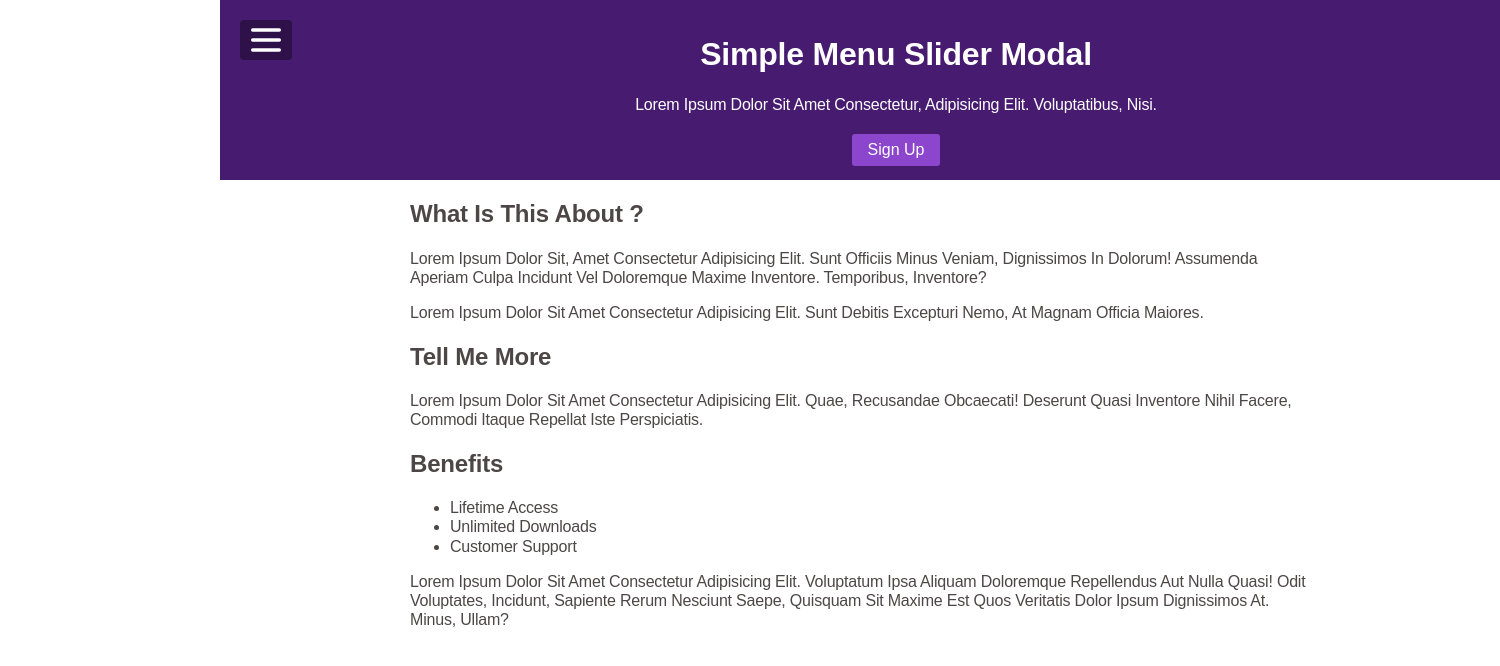
Repository: lilo750/Menu-Slider-modal
Page: index.html
An editor plug-in stored every save of this project. The page is shown before and after the next save, followed by the edit.
The browser window is 1280 px wide. The page is 1500 px wide, then 1280 px, then 1500 px, so the pictures cover 1500 px, including what lies to the right of the window. The pictures show the whole page.
After loading, the first visible `#burger-btn` was clicked once.

Above is the page before, as saved 2024-01-17 11:41:21.

### index.html
<!DOCTYPE html>
<html lang="en">
    <head>
        <meta charset="UTF-8" />
        <meta name="viewport" content="width=device-width, initial-scale=1.0" />
        <title>menu-slider-modal</title>
        <script defer src="assets/logic.js"></script>
        <link rel="stylesheet" href="assets/style.css" />
    </head>
    <body>
        <div class="left-menu">
            <aside>
                <div id="profile-img">
                    <img
                        src="assets/visuals/profile-img.jpg"
                        alt="profile image"
                    />
                </div>
                <ul>
                    <li><a href="#">home</a></li>
                    <li><a href="#">portfolio</a></li>
                    <li><a href="#">blog</a></li>
                    <li><a href="#">contact me</a></li>
                </ul>
            </aside>

            <button id="burger-btn">
                <img
                    src="assets/visuals/burger-menu-svgrepo-com.svg"
                    alt="burger icon"
                />
            </button>
        </div>
        <div class="container">
            <header>
                <div class="heading">
                    <h1>Simple Menu slider Modal</h1>
                    <p>
                        Lorem ipsum dolor sit amet consectetur, adipisicing
                        elit. Voluptatibus, nisi.
                    </p>
                    <button id="signUp-btn">Sign Up</button>
                </div>
            </header>

            <main>
                <h2>what is this about ?</h2>
                <p>
                    Lorem ipsum dolor sit, amet consectetur adipisicing elit.
                    Sunt officiis minus veniam, dignissimos in dolorum!
                    Assumenda aperiam culpa incidunt vel doloremque maxime
                    inventore. Temporibus, inventore?
                </p>
                <p>
                    Lorem ipsum dolor sit amet consectetur adipisicing elit.
                    Sunt debitis excepturi nemo, at magnam officia maiores.
                </p>
                <h2>tell me more</h2>
                <p>
                    Lorem ipsum dolor sit amet consectetur adipisicing elit.
                    Quae, recusandae obcaecati! Deserunt quasi inventore nihil
                    facere, commodi itaque repellat iste perspiciatis.
                </p>
                <h2>benefits</h2>
                <ul>
                    <li>lifetime access</li>
                    <li>unlimited downloads</li>
                    <li>customer support</li>
                </ul>
                <p>
                    Lorem ipsum dolor sit amet consectetur adipisicing elit.
                    Voluptatum ipsa aliquam doloremque repellendus aut nulla
                    quasi! Odit voluptates, incidunt, sapiente rerum nesciunt
                    saepe, quisquam sit maxime est quos veritatis dolor ipsum
                    dignissimos at. Minus, ullam?
                </p>
            </main>
        </div>
        <!-- ./container -->

        <div class="modal">
            <header>
                <span>Sign Up</span>
                <button id="close-btn">
                    <img
                        src="assets/visuals/close-icon.svg"
                        alt="burger icon"
                    />
                </button>
            </header>
            <form>
                <p>Register with us to get offers. support and more</p>
                <div class="form-control">
                    <label for="name">Name</label>
                    <input id="name" type="text" required />
                </div>
                <div class="form-control">
                    <label for="mail">Email</label>
                    <input id="mail" type="email" required />
                </div>
                <div class="form-control">
                    <label for="pass">Password</label>
                    <input id="pass" type="password" required />
                </div>
                <div class="form-control">
                    <label for="cpass">Confirm Password</label>
                    <input id="cpass" type="password" required />
                </div>

                <button id="submit-btn" type="submit">submit</button>
            </form>
        </div>
    </body>
</html>

### assets/logic.js
const signUpBtn = document.getElementById('signUp-btn');
const closeBtn = document.getElementById('close-btn');
const modal = document.querySelector('.modal');
const container = document.querySelector('.container');
const burgerBtn = document.getElementById('burger-btn');
const menu = document.querySelector('aside');

const openModalHandler = (event) => {
    event.stopPropagation(); // Stop the event from propagating to the container
    modal.style.pointerEvents = 'auto';
    modal.style.visibility = 'visible';
    modal.style.opacity = '1';
};

const closeModalHandler = () => {
    modal.style.pointerEvents = 'none';
    modal.style.visibility = 'hidden';
    modal.style.opacity = '0';
};

const modalOverlayHandler = () => {
    if (modal.style.visibility === 'visible') {
        closeModalHandler();
    }
};

const menuHandler = () => {
    document.body.classList.toggle('nav-active');

    // if (menu.style.display === 'block') {
    //     menu.style.display = 'none';
    // } else {
    //     menu.style.display = 'block';
    // }
};

container.addEventListener('click', modalOverlayHandler);
signUpBtn.addEventListener('click', openModalHandler);
closeBtn.addEventListener('click', closeModalHandler);
burgerBtn.addEventListener('click', menuHandler);

### assets/style.css
html {
    font-family: sans-serif;
    letter-spacing: -0.2px;
    color: #4d4646;
}

body {
    height: 100vh;
    margin: 0;
    padding: 0;
    text-transform: capitalize;
    line-height: 1.2;
    transition: transform 0.3 ease;
}

body.nav-active {
    transform: translate(220px);
}

.left-menu {
    position: absolute;
    display: flex;
    & aside {
        height: 100vh;
        display: none;
        background-color: rgb(71, 27, 111);
        width: 220px;
        border-right: 1px solid #888686;
        /* transform: translate(-200px); */
        transition: width 1s ease;

        #profile-img {
            display: flex;
            align-items: center;
            justify-content: center;
            padding-block: 30px;
            border-bottom: 1px solid #888686;

            & img {
                width: 75px;
                height: 75px;
                border-radius: 50%;
            }
        }

        & ul {
            list-style: none;
            display: flex;
            flex-direction: column;
            padding-inline: 0;

            & li {
                border-bottom: 1px solid #888686;
                padding-block: 18px;
                padding-left: 15px;

                & a {
                    display: block;
                    width: 100%;
                    color: #fff;
                    font-weight: 500;
                    text-decoration: none;
                    cursor: pointer;
                }
            }

            & li:first-child {
                padding-top: 0;
            }
        }
    }

    #burger-btn {
        display: flex;
        align-items: center;
        justify-content: center;
        height: 40px;
        background-color: rgb(46, 17, 72);
        border: none;
        cursor: pointer;
        position: relative;
        left: 20px;
        top: 20px;
        border-radius: 4px;
    }
}

.container {
    display: flex;
    flex-direction: column;

    & header {
        background-color: rgb(71, 27, 111);
        color: #fff;
        text-align: center;
        padding: 14px 8px;
        padding-left: 80px;

        #signUp-btn {
            background-color: rgb(140, 70, 206);
            color: inherit;
            border: 0;
            outline: 2px;
            padding: 7px 16px;
            border-radius: 3px;
            cursor: pointer;
            font-size: 16px;
        }

        & p {
            margin-bottom: 20px;
        }
    }

    & main {
        max-width: 900px;
        align-self: center;
        padding-inline: 20px;
    }
}

.modal {
    visibility: hidden;
    pointer-events: none;
    width: 370px;
    background-color: #fff;
    border-radius: 3px;
    box-shadow: 1px 3px 17px 8px #bab4b4;
    position: absolute;
    left: 50%;
    top: 41%;
    transform: translate(-50%, -50%);
    transition: opacity 0.3s ease-in-out;

    & header {
        background-color: rgb(94, 36, 147);
        display: flex;
        justify-content: space-between;
        align-items: center;
        padding: 8px;
        margin-bottom: 32px;

        & span {
            color: #fff;
            font-weight: 600;
            font-size: 16px;
        }

        #close-btn {
            background-color: transparent;
            border: none;
            cursor: pointer;
            color: #fff;
        }
    }

    & form {
        padding-bottom: 18px;

        & p {
            font-size: 15px;
            font-weight: 600;
        }

        padding-inline: 18px;

        .form-control {
            display: flex;
            flex-direction: column;
            row-gap: 8px;
            margin-bottom: 12px;

            & input {
                padding: 8px;
                border: 1px solid #bab4b4;
                outline: none;
            }
        }

        #submit-btn {
            background-color: rgb(140, 70, 206);
            color: #fff;
            border: 0;
            outline: 2px;
            padding: 7px 16px;
            border-radius: 4px;
            cursor: pointer;
            font-size: 16px;
        }
    }
}

### assets/visuals/burger-menu-svgrepo-com.svg
<?xml version="1.0" encoding="utf-8"?><!-- Uploaded to: SVG Repo, www.svgrepo.com, Generator: SVG Repo Mixer Tools -->
<svg width="40px" height="40px" viewBox="0 0 24 24" fill="none" xmlns="http://www.w3.org/2000/svg">
<path d="M4 18L20 18" stroke="#ffff" stroke-width="2" stroke-linecap="round"/>
<path d="M4 12L20 12" stroke="#ffff" stroke-width="2" stroke-linecap="round"/>
<path d="M4 6L20 6" stroke="#ffff" stroke-width="2" stroke-linecap="round"/>
</svg>

### assets/visuals/close-icon.svg
<?xml version="1.0"?><svg xmlns="http://www.w3.org/2000/svg" viewBox="0 0 30 30" width="22px" height="22px">    <path d="M 7 4 C 6.744125 4 6.4879687 4.0974687 6.2929688 4.2929688 L 4.2929688 6.2929688 C 3.9019687 6.6839688 3.9019687 7.3170313 4.2929688 7.7070312 L 11.585938 15 L 4.2929688 22.292969 C 3.9019687 22.683969 3.9019687 23.317031 4.2929688 23.707031 L 6.2929688 25.707031 C 6.6839688 26.098031 7.3170313 26.098031 7.7070312 25.707031 L 15 18.414062 L 22.292969 25.707031 C 22.682969 26.098031 23.317031 26.098031 23.707031 25.707031 L 25.707031 23.707031 C 26.098031 23.316031 26.098031 22.682969 25.707031 22.292969 L 18.414062 15 L 25.707031 7.7070312 C 26.098031 7.3170312 26.098031 6.6829688 25.707031 6.2929688 L 23.707031 4.2929688 C 23.316031 3.9019687 22.682969 3.9019687 22.292969 4.2929688 L 15 11.585938 L 7.7070312 4.2929688 C 7.5115312 4.0974687 7.255875 4 7 4 z"/></svg>

After the next save:
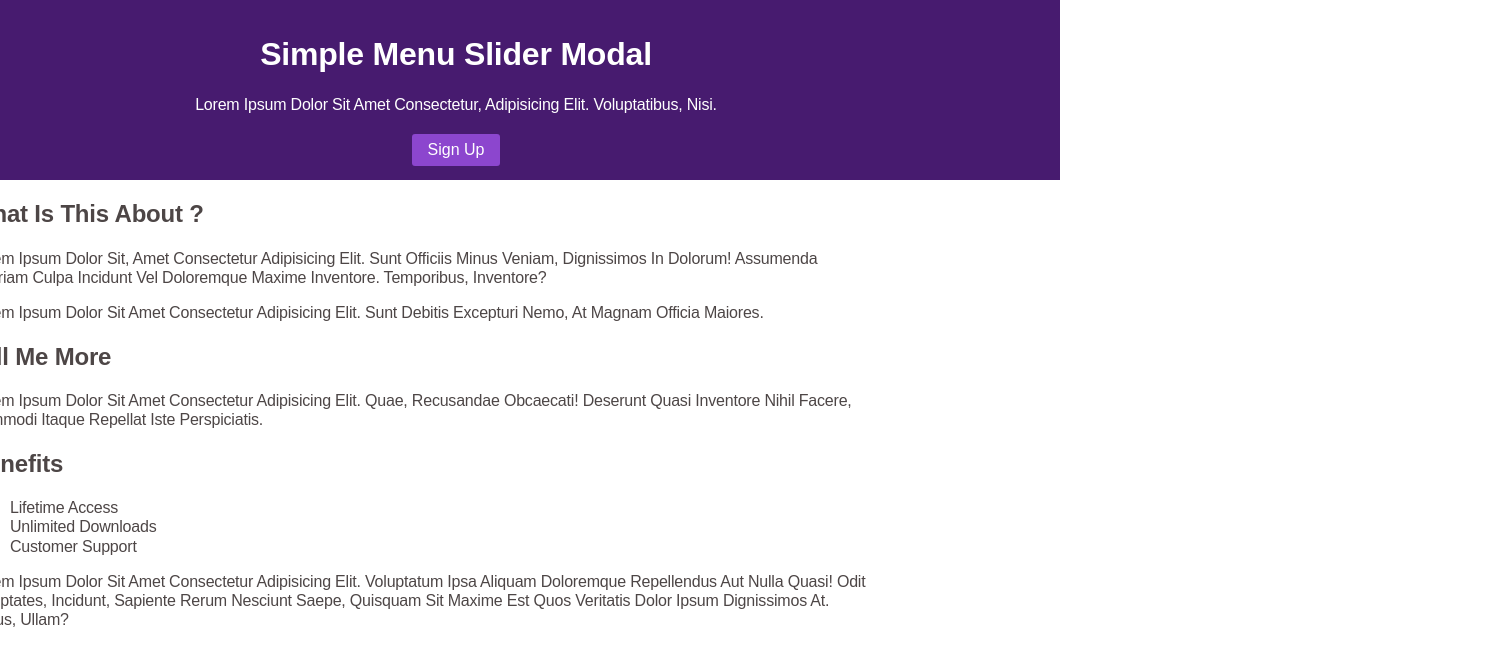
Saved 6 s later.
--- a/assets/style.css
+++ b/assets/style.css
@@ -14,7 +14,7 @@
 }
 
 body.nav-active {
-    transform: translate(220px);
+    transform: translate(-220px);
 }
 
 .left-menu {

After the save that followed:
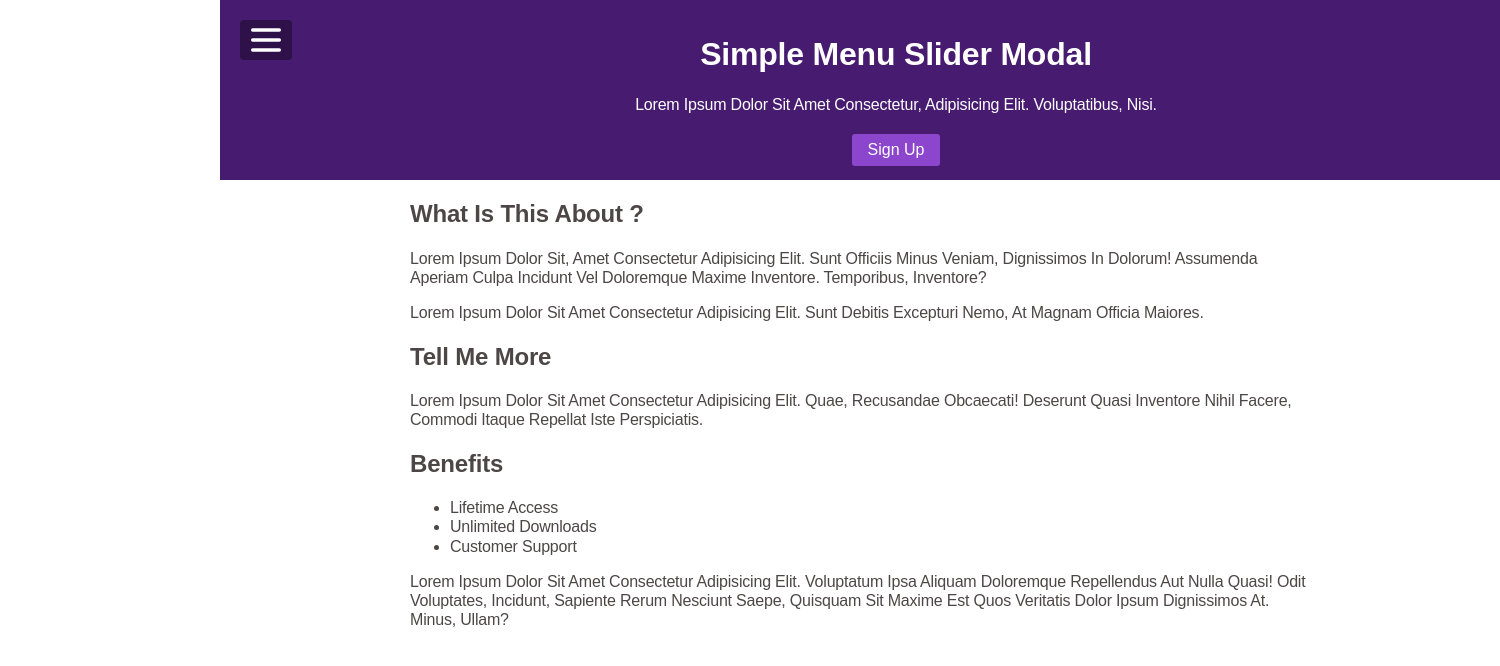
Saved 5 s later.
--- a/assets/style.css
+++ b/assets/style.css
@@ -14,7 +14,7 @@
 }
 
 body.nav-active {
-    transform: translate(-220px);
+    transform: translate(220px);
 }
 
 .left-menu {
